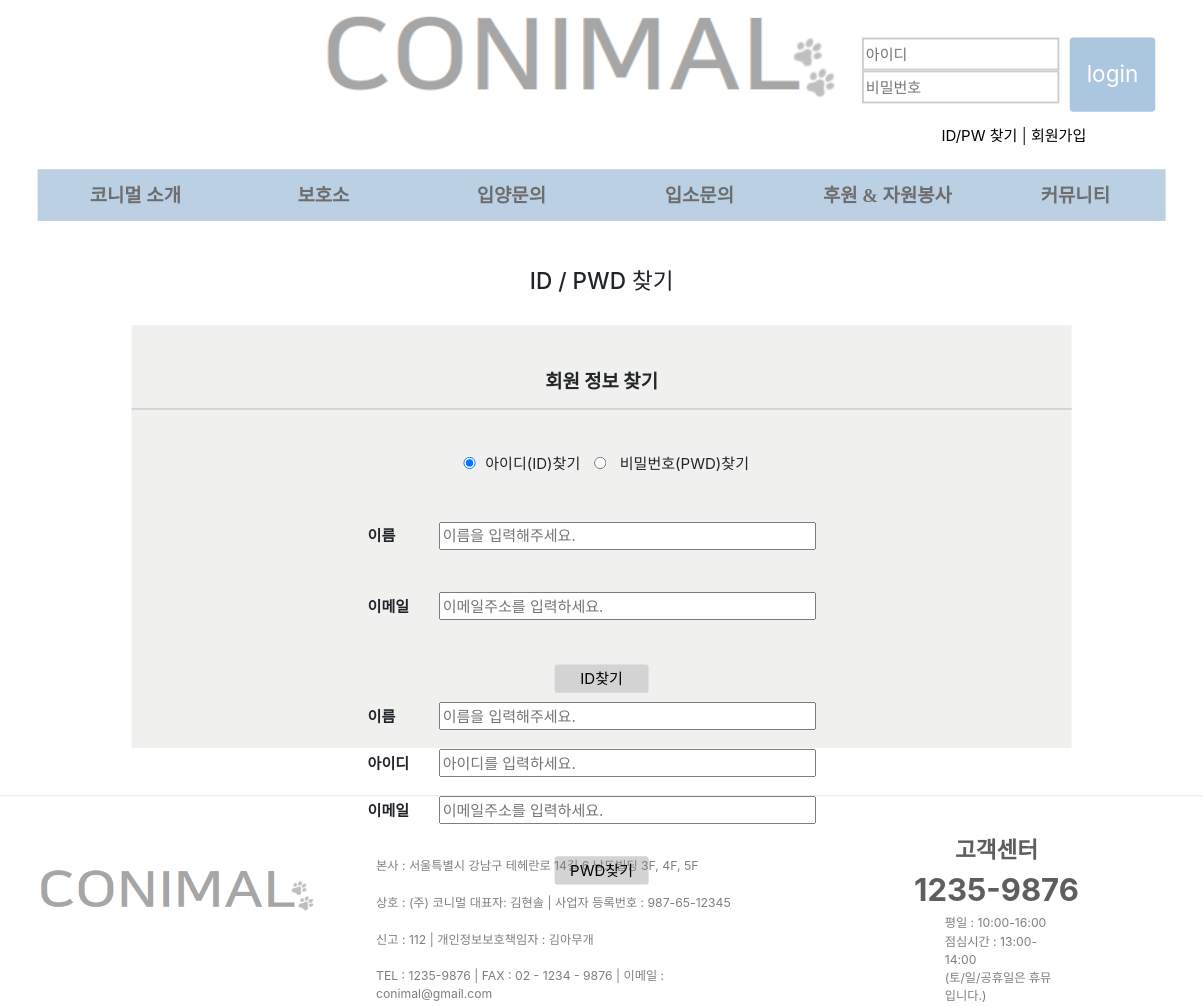
Repository: rlagusthf12/SemiProject
Page: http://localhost/conimal/views/member/searchIdPwdMainForm.jsp
These files come from the project's save history. The page is drawn as it stood at one moment and after the next save; the edit follows.
The browser window is 1280 px wide. The pictures show the whole page, at 94% of full size.
The page is served by Tomcat 9. Nobody is signed in. The application's start-up code is not run. Other server files are loaded and not shown.

Above is the page before, as saved 2021-05-31 09:13:35.

### conimal/WebContent/views/member/searchIdPwdMainForm.jsp
<%@ page language="java" contentType="text/html; charset=UTF-8"
    pageEncoding="UTF-8"%>
<!DOCTYPE html>
<html>
<head>
<meta charset="UTF-8">
<title>Insert title here</title>
<!-- Latest compiled and minified CSS -->
<link rel="stylesheet" href="https://maxcdn.bootstrapcdn.com/bootstrap/4.5.2/css/bootstrap.min.css">

<!-- jQuery library -->
<script src="https://ajax.googleapis.com/ajax/libs/jquery/3.5.1/jquery.min.js"></script>

<!-- Popper JS -->
<script src="https://cdnjs.cloudflare.com/ajax/libs/popper.js/1.16.0/umd/popper.min.js"></script>

<!-- Latest compiled JavaScript -->
<script src="https://maxcdn.bootstrapcdn.com/bootstrap/4.5.2/js/bootstrap.min.js"></script>
<style>
    .outer{
        margin: auto;
        margin-top: 50px;
        margin-bottom: 50px;
    }
    .outer2{
        margin: auto;
        text-align: center;
        vertical-align: middle;
    }
    .outer2>input{
        margin: 10px;
    }
    .searchIdPwd{
        margin: auto;
        background: rgb(240, 240, 239);
        width: 1000px;
        height: 450px;
    }
    #searchFrom {
        margin: auto;
        display: flex;

    }
    #searchFormT{
        margin: auto;
        width: 500px;
        height: 150px;
    }
    #searchForm>button{
        margin: auto;
        display: table;

    }
    #searchFormT>tr>th{
        text-align: center;
    }
    #searchFormT input{
        width: 95%;
    }
     .submitB{
        display: block;
        width: 100px;
        height: 30px;
     }

</style>

<script></script>
</head>
<body>
	<%@ include file="../common/menubar.jsp" %>


    <div class="outer">
        <h4 style="text-align:center;">ID / PWD 찾기</h4>
        <br>

        <div class="searchIdPwd">

            <br><br>
            <h5 style="text-align:center; font-weight: bold;">회원 정보 찾기</h5>
            <hr style="background: lightgray; border: 0; height: 2px;">
            <br>

            <div class="outer2">
                    <input type="radio" id="searchId" name="search" onclick="showIdForm();" class="search" checked  >아이디(ID)찾기
                    <input type="radio" id="searchPwd"  name="search" onclick="showIdForm()();"  class="search"> 비밀번호(PWD)찾기
            </div>

                <br>
                <script>

                	function showIdForm(){
                		if($('input:radio[id=searchId]').is(':checked')){
                			$("#searchIdFormT").show();
                			$("#searchPwdFormT").hide();
                			$("#comment").hide();
                		}else if($('input:radio[id=searchPwd]').is(':checked')){
                			$('input:radio[id=searchId]').prop('checked',false);
                			$("#searchPwdFormT").show();
                			$("#searchIdFormT").hide();
                			$("#comment").hide();
                		}else{

                			$("#searchIdFormT").hide();
                			$("#searchPwdFormT").hide();
                			$("#comment").show();
                		}
                	}

                </script>

                	<!-- 아이디 찾기 버튼클릭시 활성화 -->
            	<form id="searchForm1">
                   <div id="searchIdFormT" style="display:hidden;">
                   		<table id="searchFormT" >
	                        <tr>
	                            <th>이름</th>
	                            <td colspan="2">
	                                <input type="text" name="memName" class="userName" id="userName" placeholder="이름을 입력해주세요." required>
	                            </td>
	                        </tr>

	                        <tr>
	                            <th>이메일</th>
	                            <td><input type="text" name="email" id="email" class="email" placeholder="이메일주소를 입력하세요." required></td>
	                        </tr>

	                    </table>
	                    <br>

                    	<button onclick="location.href='<%=contextPath %>/searchId.me'" id="btn" class="submitB" style="margin:auto; background:lightgray; border: 20px; border-radius: 3px;" >ID찾기</button>
               		</div>
            	</form>

                <form id="searchForm2">
            		<!-- 비밀번호 변경 클릭시 활성화 -->
					<div id="searchPwdFormT">
			            <table id="searchFormT" >
			                <tr>
			                    <th>이름</th>
			                    <td colspan="2">
			                        <input type="text"class="userName" id="userName" placeholder="이름을 입력해주세요." required>
			                    </td>
			                </tr>

			                <tr height="50px">
			                    <th>아이디</th>
			                    <td colspan="2">
			                        <input type="text"class="userId" id="userId" placeholder="아이디를 입력하세요." required>
			                    </td>
			                </tr>


			                <tr>
			                    <th>이메일</th>
			                    <td><input type="text" id="email" class="email" placeholder="이메일주소를 입력하세요." required></td>

			                </tr>

			            </table>
			            <br>

		            	<button onclick="location.href='<%=contextPath %>/searchPwd.me'" id="btn" class="submitB" style="margin:auto; background:lightgray; border: 20px; border-radius: 3px;" >PWD찾기</button>

		        	</div>
				</form>
        </div>
    </div>



	<%@ include file="../common/footerbar.jsp" %>

</body>
</html>

### conimal/WebContent/views/common/menubar.jsp
<%@ page language="java" contentType="text/html; charset=UTF-8"
    pageEncoding="UTF-8"
    import="com.kh.member.model.vo.Member"%>
<%
	String contextPath = request.getContextPath();
	Member loginUser = (Member)session.getAttribute("loginUser");
	String alertMsg = (String)session.getAttribute("alertMsg");
%>
<!DOCTYPE html>
<html>
<head>
<meta charset="UTF-8">
<title>Insert title here</title>

<!-- Latest compiled and minified CSS -->
<link rel="stylesheet" href="https://maxcdn.bootstrapcdn.com/bootstrap/4.5.2/css/bootstrap.min.css">
<!-- jQuery library -->
<script src="https://ajax.googleapis.com/ajax/libs/jquery/3.5.1/jquery.min.js"></script>
<!-- Popper JS -->
<script src="https://cdnjs.cloudflare.com/ajax/libs/popper.js/1.16.0/umd/popper.min.js"></script>
<!-- Latest compiled JavaScript -->
<script src="https://maxcdn.bootstrapcdn.com/bootstrap/4.5.2/js/bootstrap.min.js"></script>

<script src="https://ajax.googleapis.com/ajax/libs/jquery/3.5.1/jquery.min.js"></script>
<style>
    .on{
         width: 1200px;
         height: 180px;
         margin: 0 auto;
         }
    .mainLogo{

        margin-left: 302px;

    }

    .login {
        float:right;
        margin-top:40px;
     }
   #loginform>*{

    float:left;
    }
    .id_pwd{width: 65%; height: 70px; } .loginbtn{width: 35%;}

    .pwd,.id{
        color: rgb(94, 94, 94);
        border-style: solid;
        border-color: rgb(204, 204, 204);
        width:100%;
        height:50%;
    }
    .loginbtn>input{
        font-size: 24px;
        width: 80%;
        height: 100%;
        color: rgb(255, 255, 255);
        line-height: 3.2em;
        background-color: rgb(171, 198, 223);
        text-align: center;
        border-radius: 4px;
        border:0px;
    }

    .find{
    text-decoration-line: underline;
    font-style: italic;
    font-size: 16px;
    line-height: 3.2em;
    }

    .navi{
            width: 1200px; height: 55px;
            background-color: rgb(187, 208, 227);
            margin: 0 auto;
     }
     #navi1{
            list-style-type:none;
            margin:0;
            padding:0;
            height:100%;
            text-decoration:none;

        }

        #navi1>li{
            margin-left: 8px;
            float:left;
            width:16%;
            height:100%;
            text-align:center;
        }
        #navi1 a{
            line-height: 2.8em;
            font-size: 20px;
            color: rgb(110, 109, 109);
            font-family: HanSans;
            width: 16.6%;
            font-weight: bold;
            cursor:pointer;
            height:100%;
            width:100%;
            display:block;
            text-decoration:none;
            z-index: 6;
        }
        #navi1 a:hover{color: white;}
        #navi1>li>ul{
            list-style-type:none;
            display:none;
            margin-top:0px;
            padding:10px;
            background-color: rgb(184, 183, 183);
            font-family: HanSans;
            line-height: 2.8em;
            font-size: 20px;
            position: relative;
            z-index: 6;
        }
        #navi1>li>ul a{font-size:15px;}
        #navi1>li>a:hover+ul{display:block;}
        #navi1>li>ul:hover{display:block;}
     </style>
</head>

<body>

	<script>
		var msg = "<%= alertMsg %>";
		// var msg = "메세지" / "null"

		if(msg != "null") {
			alert(msg);
			// 알림창을 띄워준 후 session에 담긴 해당 메시지는 지워줘야한다
			// 안그러면 menubar.jsp가 로딩될때마다 매번 alert가 뜸
			<% session.removeAttribute("alertMsg"); %>
		}
	</script>

            <div class="on">

                    <img src="resources/images/mainLogo.png" width="558px" height="120px" class="mainLogo">

                        <div class="login" align="center">
                            <% if(loginUser == null){ %>
                            <form action="<%= contextPath %>/login.me" id="loginform" method="POST">

                                <div class="id_pwd">
                                    <input type="text" class="id" placeholder="아이디" name="memId" required><br>
                                    <input type="password" class="pwd" placeholder="비밀번호" name="memPwd" required>
                                </div>

                                <div class="loginbtn">
                                    <input type="submit" value="login">
                                </div>

                            </form>
                            <a href = "<%=contextPath%>/searchIdPwd.me" id="searchMem" style="font-style: normal; text-decoration: none; color: black;" class="find">ID/PW 찾기</a> |
                            <a href = "<%=contextPath%>/joinChooseForm.me" id="enrollMem" style="font-style: normal; text-decoration: none; color: black;" class="find">회원가입</a>
                        </div>


                        <script>

                            function enrollPage(){
                                //location.href = "<%= contextPath %>/views/member/memberEnrollForm.jsp";
                                // 웹 애플리케이션의 디렉토리 구조가 url에 노출되면 보안에 위험함

                                // 단순한 정적인 페이지 요청이라고 해도 반드시 servlet거쳐갈 것! => url에서 서블릿 매핑값만 노출됨
                                location.href="<%= contextPath%>/enrollForm.me";
                            }
                        </script>

                        <% } else { %>
                            <div id="user-info">
                                <b><%=loginUser.getMemName() %>님</b>의 방문을 환영합니다. <br><br>
                                <div align="center">
                                <a href="<%= contextPath %>/myPage.me">마이페이지</a>
                                <a href="<%= contextPath %>/logout.me">로그아웃</a>
                                </div>
                            </div>
                        <% } %>

            </div>


            <div class="navi">
                    <ul id="navi1" >
                        <li><a href="">코니멀 소개</a></li>
                        <li><a href="<%=contextPath%>/list.sh?currentPage=1">보호소</a></li>
                        <li><a href="">입양문의</a>
                            <ul>
                                <li><a href="<%=contextPath%>/list.dog?currentPage=1">보호중인 동물</a></li>
                                <li><a href="<%=contextPath%>/process.ad">입양 절차</a></li>
                                <li><a href="">입양 신청</a></li>
                                <li><a href="">입양 후기</a></li>
                            </ul>
                        </li>
                        <li><a href="">입소문의</a>
                            <ul>
                                <li><a href="<%=contextPath%>/process.en">입소 절차</a></li>
                                <li><a href="">입소 신청</a></li>
                            </ul>
                        </li>
                        <li><a href="">후원 &amp; 자원봉사</a>
                        <ul>
                            <li><a href="<%=contextPath%>/list.vo?currentPage=1">자원봉사</a></li>
                            <li><a href="<%=contextPath%>/list.do?currentPage=1">후원</a></li>
                        </ul>
                      </li>
                        <li><a href="">커뮤니티</a>
                        <ul>
                            <li><a href="">자유 게시판</a></li>
                            <li><a href="">공지사항</a></li>
                            <li><a href="">고객센터</a></li>
                        </ul>
                    </li>
                    </ul>
            </div>


</body>
</html>

### conimal/WebContent/views/common/footerbar.jsp
<%@ page language="java" contentType="text/html; charset=UTF-8"
    pageEncoding="UTF-8"%>
<!DOCTYPE html>
<html>
<head>
<meta charset="UTF-8">
<title>Insert title here</title>
<style>


 .footerbar{

         width: 1200px;
         height: 180px;
         margin: 0 auto;
     }
     .call{
         width:30%;
         height: 100%;
         float:left;
         margin-left: 60px;
     }

     .minLogo{

         padding-top: 30px;
         height: 100%;
         float:left;
     }
     .ex{
        width:40%;
        float:left;
        height:100%;
        padding-top: 25px;
    }
     .ect{

        font-size: 13px;
        color: rgb(127, 127, 127);
        text-align: left;
        width:450px;
        padding-left: 60px;

     }
     .ect2{
        font-weight: bold; font-size: 24px; text-align: center; color: rgb(94, 94, 94);
     }
     .ect3{
        font-weight: bold; font-size: 33px; text-align: center; color: rgb(94, 94, 94);
     }
     #al{
        width: 250px;
        padding-left: 125px;
     }


</style>
</head>
<body>
            <hr>
            <br>
            <div class="footerbar">
            <div class="minLogo">
                <div>
                 <image src="resources/images/mainLogo.png" width="300" height="60"></image>
                </div>
            </div>
            <div class="ex">
             <div class="ect">
                    본사 : 서울특별시 강남구 테헤란로 14길 6 남도빌딩 3F, 4F, 5F<br><br>

                    상호 : (주) 코니멀 대표자: 김현솔 | 사업자 등록번호 : 987-65-12345 <br><br>

                    신고 : 112 | 개인정보보호책임자 : 김아무개<br><br>

                    TEL : 1235-9876 | FAX : 02 - 1234 - 9876 | 이메일  :  conimal@gmail.com
              </div>
            </div>


            <div class="call">
                <div class="ect2" >
                    고객센터
                    <div class="ect3">
                    1235-9876

                    </div>
                </div>

                <div class="ect" id="al">
                    평일 : 10:00-16:00<br>
                    점심시간 : 13:00-14:00<br>
                    (토/일/공휴일은 휴뮤입니다.)
                </div>

            </div>
            </div>


</body>
</html>

After the next save:
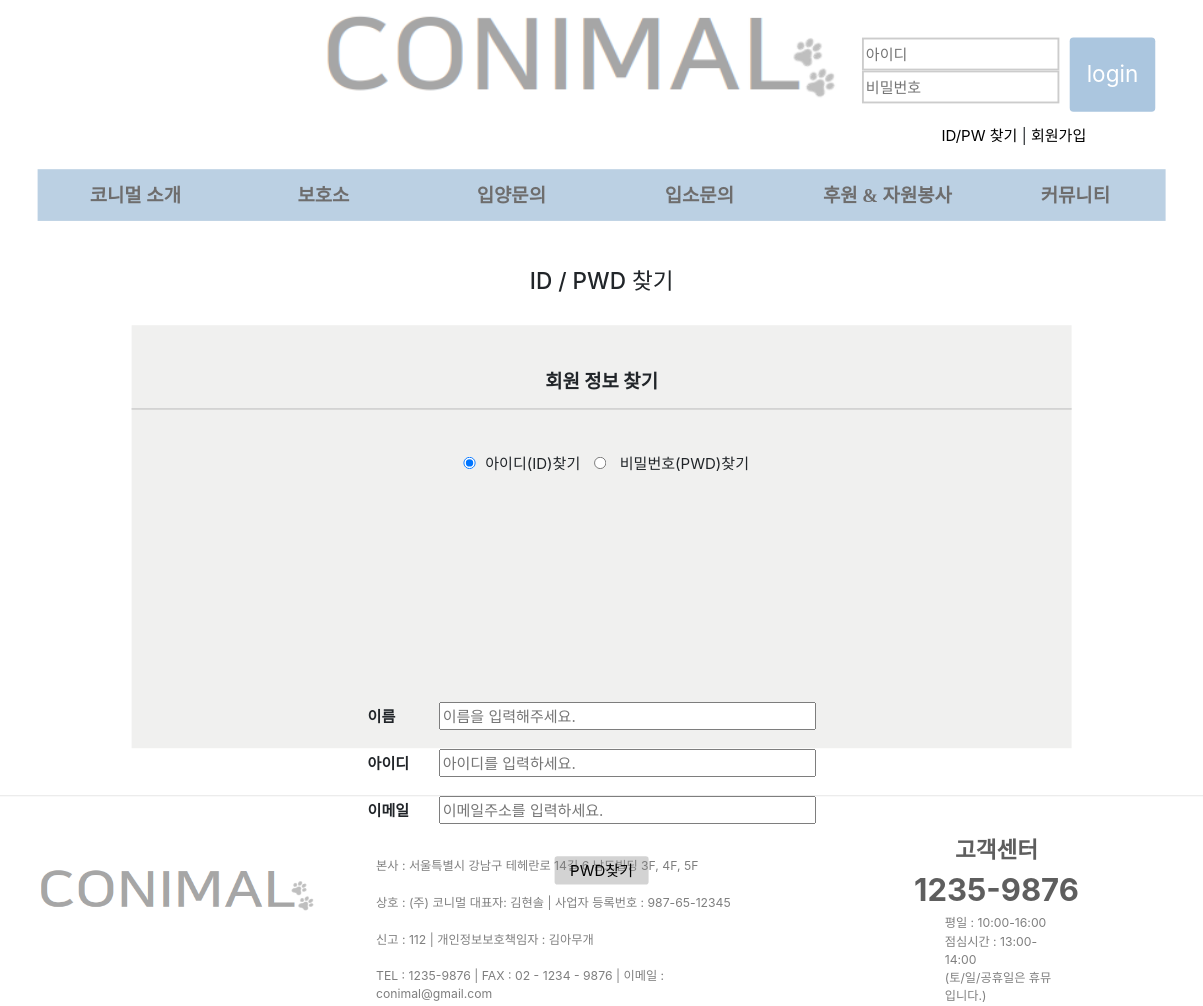
Saved 26 s later.
--- a/conimal/WebContent/views/member/searchIdPwdMainForm.jsp
+++ b/conimal/WebContent/views/member/searchIdPwdMainForm.jsp
@@ -112,7 +112,7 @@
 
                 	<!-- 아이디 찾기 버튼클릭시 활성화 -->
             	<form id="searchForm1">
-                   <div id="searchIdFormT" style="display:hidden;">
+                   <div id="searchIdFormT" style="visibility:hidden;">
                    		<table id="searchFormT" >
 	                        <tr>
 	                            <th>이름</th>
